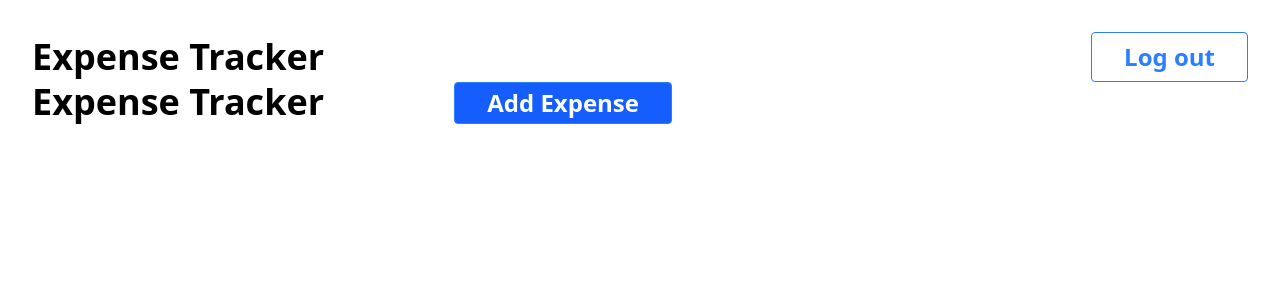
Repository: Syed-Mohsin-Ali786/frontend-expense-tracker
Page: /
An editor plug-in stored every save of this project. The page is shown before and after the next save, followed by the edit.
The browser window is 1280 px wide. The pictures show the whole page.
The project was rebuilt for these pictures with package versions that can differ from the ones it lists, and the page was loaded fresh each time.

Above is the page before, as saved 2025-09-28 14:05:28.

### src/App.tsx

import './App.css'

function App() {


  return (
    <div className=' mt-4 mx-4 p-4'>
      {/* Header */}
      <header className='flex items-center justify-between'>
     <h1 className='text-4xl  font-semibold'>Expense Tracker</h1>
     <button className=' border border-blue-500 py-2 px-3 md:px-6 lg:px-8 rounded font-semibold text-blue-500 text-2xl '>Log out</button>
      </header>

      {/* The main page */}
<section>
  {/* Expenses */}
<div className='flex w-[50vw] justify-between'>
<h1 className='text-4xl  font-semibold'>Expense Tracker</h1>
     <button className=' bg-blue-600 border border-blue-500 py-1 px-3 md:px-6 lg:px-8 rounded font-semibold text-[#ffff] text-2xl '>Add Expense</button>

</div>
{/* Charts */}
<div>

</div>
</section>
    </div>
  )
}

export default App

Loaded but not shown: index.html (common file); src/main.tsx (common file); src/App.css (common file)

After the next save:
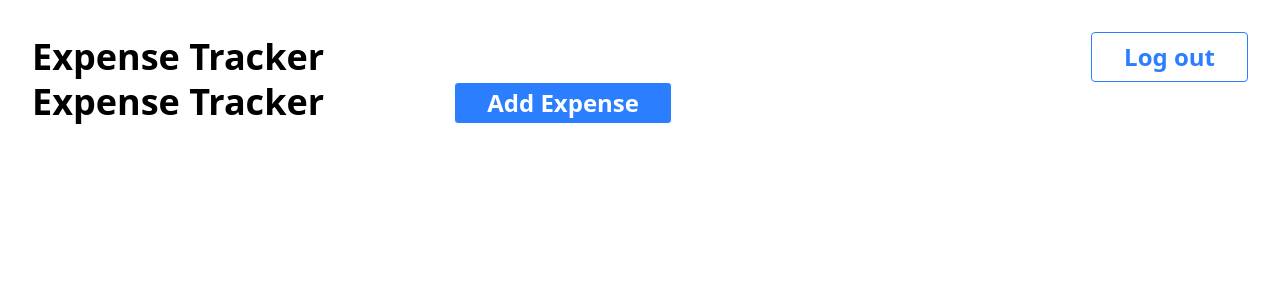
Saved 18 s later.
--- a/src/App.tsx
+++ b/src/App.tsx
@@ -17,7 +17,7 @@ function App() {
   {/* Expenses */}
 <div className='flex w-[50vw] justify-between'>
 <h1 className='text-4xl  font-semibold'>Expense Tracker</h1>
-     <button className=' bg-blue-600 border border-blue-500 py-1 px-3 md:px-6 lg:px-8 rounded font-semibold text-[#ffff] text-2xl '>Add Expense</button>
+     <button className=' bg-blue-500 border py-1 px-3 md:px-6 lg:px-8 rounded font-semibold text-[#ffff] text-2xl '>Add Expense</button>
 
 </div>
 {/* Charts */}
